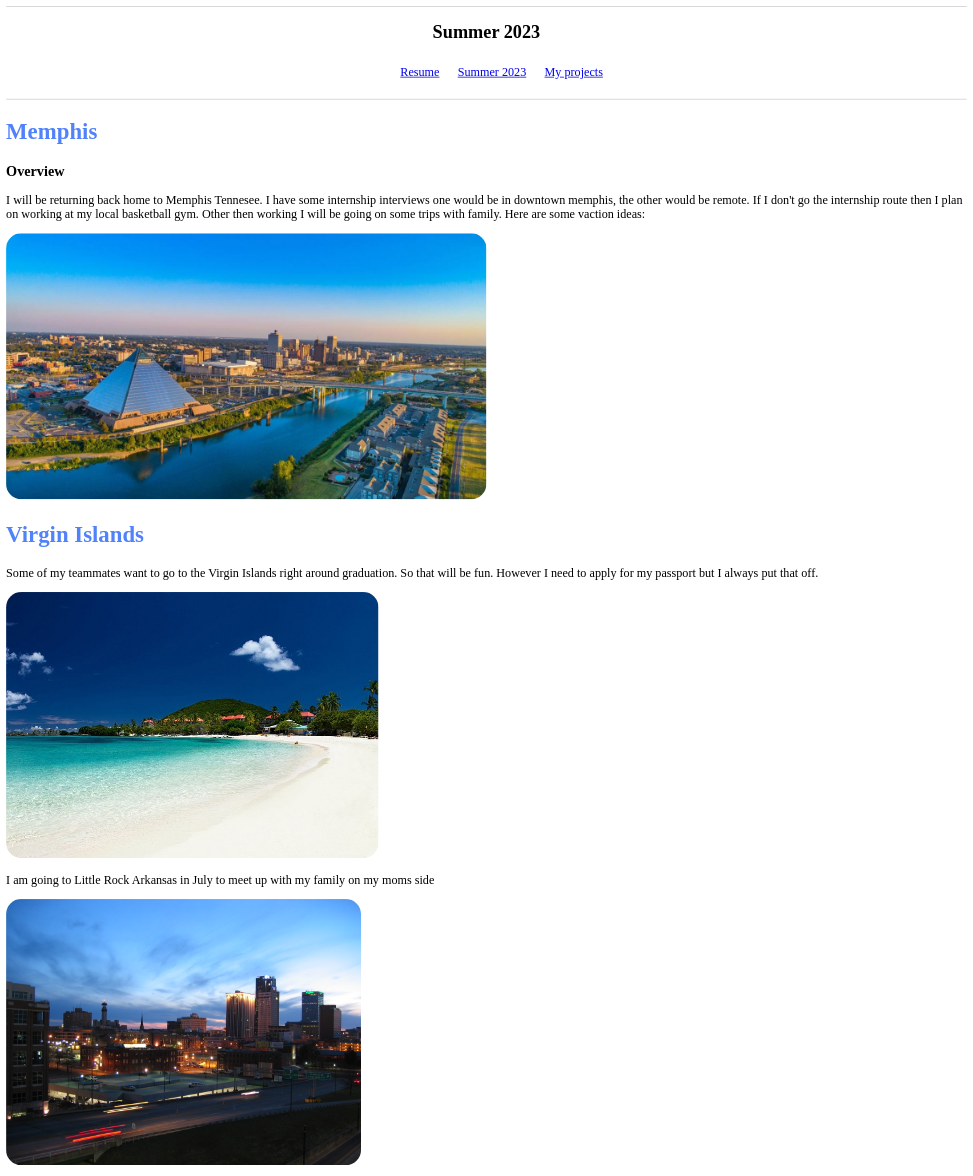
Repository: kayacancode/itm361project1
Page: summer2023.html
The author's editor kept a copy of each file at every save. The page is drawn from the files as they stood at one save, then again after the next save.
The browser window is 1280 px wide. The pictures show the whole page, at 76% of full size.
Some web fonts or font styles are not loaded; a fallback is used.

Above is the page before, as saved 2023-03-04 14:34:26.

After the next save:
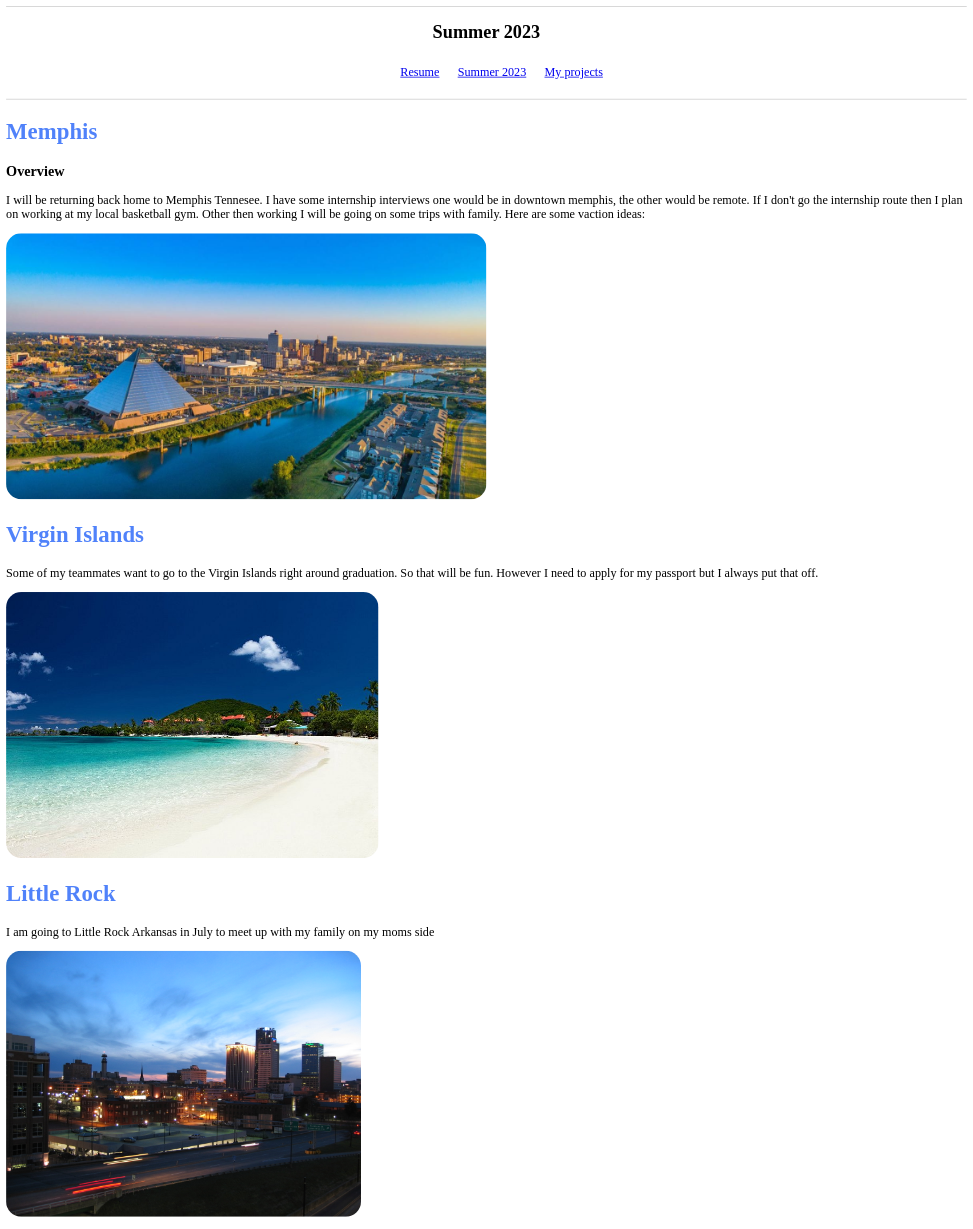
Saved 22 s later.
--- a/summer2023.html
+++ b/summer2023.html
@@ -45,6 +45,7 @@
     />
   </section>
 <section>
+  <h2>Little Rock</h2>
   <p>
       I am going to Little Rock Arkansas in July to meet up with my family on my
       moms side
